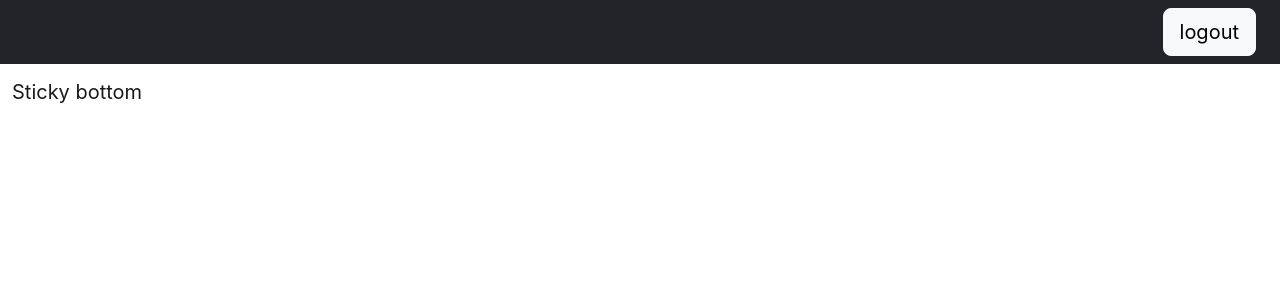
Repository: Sakshamccna/React
Page: /
These files come from the project's save history. The page is drawn as it stood at one moment and after the next save; the edit follows.
The browser window is 1280 px wide. The pictures show the whole page.
The project was rebuilt for these pictures with package versions that can differ from the ones it lists, and the page was loaded fresh each time.

Above is the page before, as saved 2022-12-26 10:25:31.

After the next save:
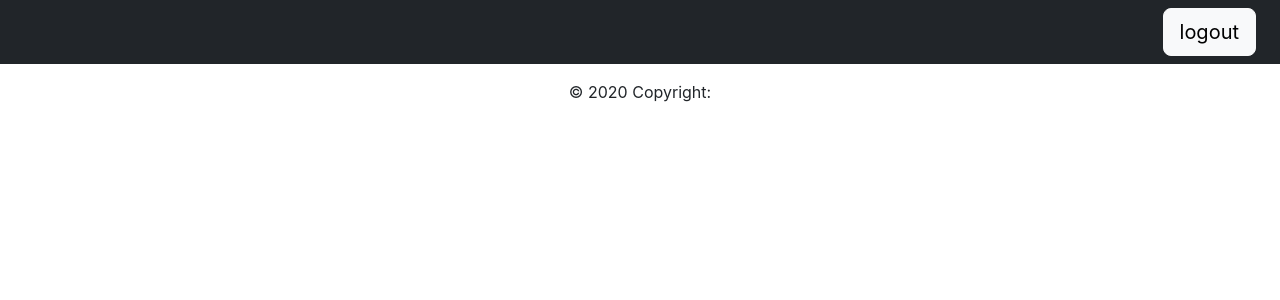
Saved 83 s later.
--- a/src/Components/Footers.tsx
+++ b/src/Components/Footers.tsx
@@ -2,16 +2,15 @@ import React from 'react'
 
 function Footers() {
     return (
-        <footer>
-            <>
+        <footer className="footer">
 
-                <nav className="navbar sticky-bottom bg-body-tertiary">
-                    <div className="container-fluid">
-                        <a className="navbar-brand" href="#">Sticky bottom</a>
-                    </div>
-                </nav>
 
-            </>
+            <div className="footer-copyright text-center py-3">© 2020 Copyright:
+
+            </div>
+
+
+
         </footer>
     )
 }
